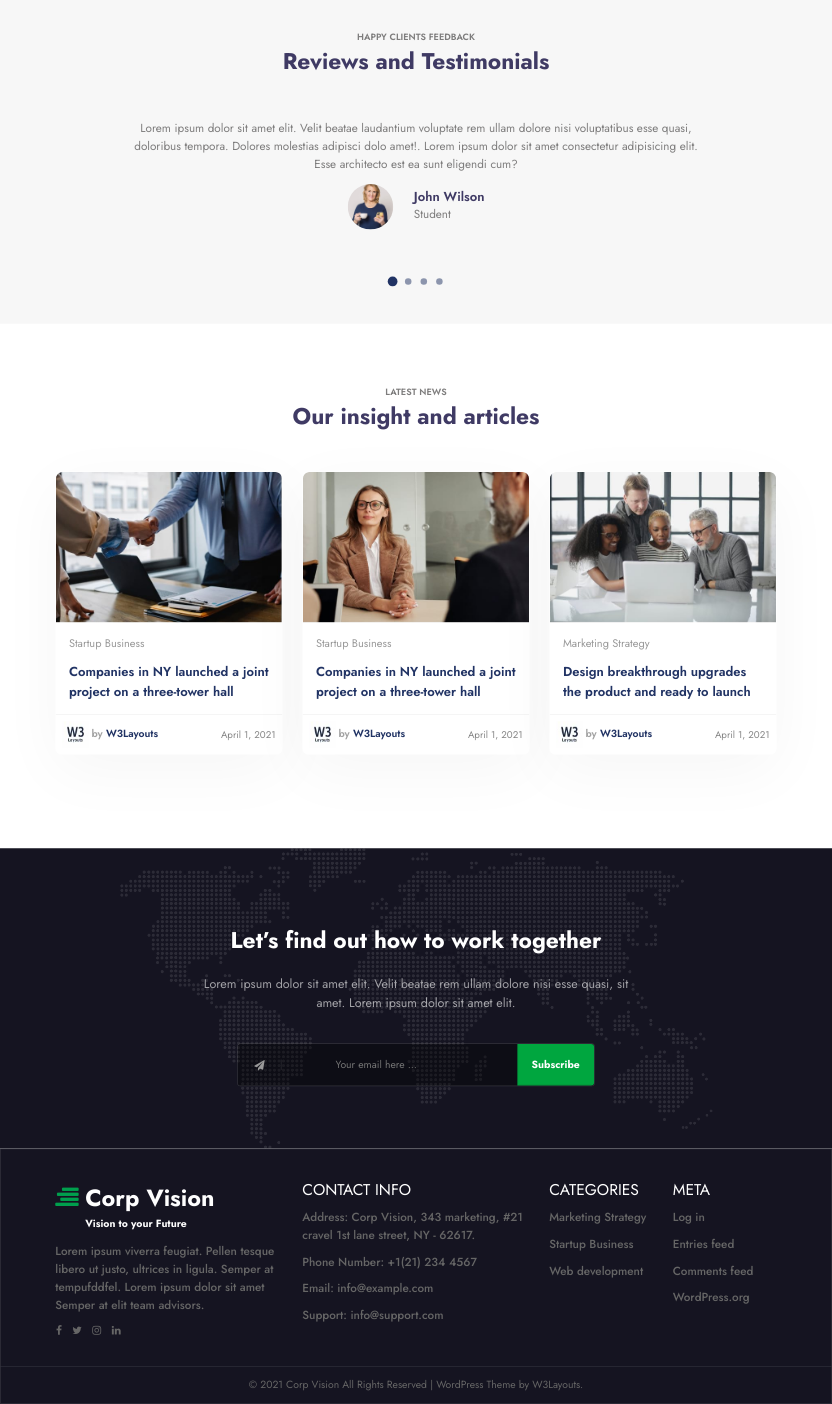
Repository: khaipnp/corpvision
Page: index.html
The author's editor kept a copy of each file at every save. The page is drawn from the files as they stood at one save, then again after the next save.
The browser window is 1280 px wide. The pictures show the whole page, at 65% of full size.
The pointer rests on the first visible `.input__email button`.

Above is the page before, as saved 2021-07-04 17:26:13.

### index.html
<!DOCTYPE html>
<html lang="en">
  <head>
    <meta charset="UTF-8" />
    <meta http-equiv="X-UA-Compatible" content="IE=edge" />
    <meta name="viewport" content="width=device-width, initial-scale=1.0" />
    <title>Corpvision</title>
    <meta name="description" content="Corpvision Website" />
    <!-- FONT-GOOGLE -->
    <link rel="preconnect" href="https://fonts.gstatic.com" />
    <link
      href="https://fonts.googleapis.com/css2?family=Jost:ital,wght@0,100;0,200;0,300;0,400;0,500;0,600;0,700;0,800;0,900;1,400&display=swap"
      rel="stylesheet"
    />
    <!-- FONT-AWSOME -->
    <link
      rel="stylesheet"
      href="https://cdnjs.cloudflare.com/ajax/libs/font-awesome/5.15.3/css/all.min.css"
      integrity="sha512-iBBXm8fW90+nuLcSKlbmrPcLa0OT92xO1BIsZ+ywDWZCvqsWgccV3gFoRBv0z+8dLJgyAHIhR35VZc2oM/gI1w=="
      crossorigin="anonymous"
      referrerpolicy="no-referrer"
    />
    <link rel="stylesheet" href="./css/font-awesome.min.css" />
    <!-- OWL CAROUSEL -->
    <link
      rel="stylesheet"
      href="https://cdnjs.cloudflare.com/ajax/libs/OwlCarousel2/2.3.4/assets/owl.carousel.min.css"
      integrity="sha512-tS3S5qG0BlhnQROyJXvNjeEM4UpMXHrQfTGmbQ1gKmelCxlSEBUaxhRBj/EFTzpbP4RVSrpEikbmdJobCvhE3g=="
      crossorigin="anonymous"
      referrerpolicy="no-referrer"
    />
    <link
      rel="stylesheet"
      href="https://cdnjs.cloudflare.com/ajax/libs/OwlCarousel2/2.3.4/assets/owl.theme.default.css"
      integrity="sha512-OTcub78R3msOCtY3Tc6FzeDJ8N9qvQn1Ph49ou13xgA9VsH9+LRxoFU6EqLhW4+PKRfU+/HReXmSZXHEkpYoOA=="
      crossorigin="anonymous"
      referrerpolicy="no-referrer"
    />
    <!-- BOOTSTRAP -->
    <link
      rel="stylesheet"
      href="https://cdn.jsdelivr.net/npm/bootstrap@4.6.0/dist/css/bootstrap.min.css"
      integrity="sha384-B0vP5xmATw1+K9KRQjQERJvTumQW0nPEzvF6L/Z6nronJ3oUOFUFpCjEUQouq2+l"
      crossorigin="anonymous"
    />
    <!-- MAIN CSS -->
    <link rel="stylesheet" href="./css/main.css" />
  </head>
  <body>
    <header></header>
    <section class="feedback">
      <div class="feedback__content py-5">
        <div class="container">
          <h5 class="small-title col-12 text-center">Happy clients Feedback</h5>
          <h3 class="big-title col-12 text-center">Reviews and Testimonials</h3>
          <div class="testimonials owl-carousel owl-theme">
            <div class="testimonials__item">
              <p class="text-center col-12">
                Lorem ipsum dolor sit amet elit. Velit beatae laudantium
                voluptate rem ullam dolore nisi voluptatibus esse quasi,
                doloribus tempora. Dolores molestias adipisci dolo amet!. Lorem
                ipsum dolor sit amet consectetur adipisicing elit. Esse
                architecto est ea sunt eligendi cum?
              </p>
              <div
                class="
                  testimonials__desc
                  row
                  align-items-center
                  justify-content-center
                "
              >
                <div class="avatar mr-3">
                  <img src="./img/team1.jpg" alt="team 1" />
                </div>
                <div class="name ml-3">
                  <h3>John Wilson</h3>
                  <p>Student</p>
                </div>
              </div>
            </div>
            <div class="testimonials__item">
              <p class="text-center col-12">
                Lorem ipsum dolor sit amet elit. Velit beatae laudantium
                voluptate rem ullam dolore nisi voluptatibus esse quasi,
                doloribus tempora. Dolores molestias adipisci dolo amet!. Lorem
                ipsum dolor sit amet consectetur adipisicing elit. Esse
                architecto est ea sunt eligendi cum?
              </p>
              <div
                class="
                  testimonials__desc
                  row
                  align-items-center
                  justify-content-center
                "
              >
                <div class="avatar mr-3">
                  <img src="./img/team2.jpg" alt="team 2" />
                </div>
                <div class="name ml-3">
                  <h3>Julia Sakura</h3>
                  <p>Student</p>
                </div>
              </div>
            </div>
            <div class="testimonials__item">
              <p class="text-center col-12">
                Lorem ipsum dolor sit amet elit. Velit beatae laudantium
                voluptate rem ullam dolore nisi voluptatibus esse quasi,
                doloribus tempora. Dolores molestias adipisci dolo amet!. Lorem
                ipsum dolor sit amet consectetur adipisicing elit. Esse
                architecto est ea sunt eligendi cum?
              </p>
              <div
                class="
                  testimonials__desc
                  row
                  align-items-center
                  justify-content-center
                "
              >
                <div class="avatar mr-3">
                  <img src="./img/team3.jpg" alt="team 3" />
                </div>
                <div class="name ml-3">
                  <h3>Roy Linderson</h3>
                  <p>Student</p>
                </div>
              </div>
            </div>
            <div class="testimonials__item">
              <p class="text-center col-12">
                Lorem ipsum dolor sit amet elit. Velit beatae laudantium
                voluptate rem ullam dolore nisi voluptatibus esse quasi,
                doloribus tempora. Dolores molestias adipisci dolo amet!. Lorem
                ipsum dolor sit amet consectetur adipisicing elit. Esse
                architecto est ea sunt eligendi cum?
              </p>
              <div
                class="
                  testimonials__desc
                  row
                  align-items-center
                  justify-content-center
                "
              >
                <div class="avatar mr-3">
                  <img src="./img/team4.jpg" alt="team 4" />
                </div>
                <div class="name ml-3">
                  <h3>Smith Johnson</h3>
                  <p>Student</p>
                </div>
              </div>
            </div>
          </div>
        </div>
      </div>
    </section>
    <section class="news py-5">
      <div class="news__content py-5">
        <div class="container">
          <h5 class="small-title col-12 text-center">LATEST NEWS</h5>
          <h3 class="big-title col-12 text-center">Our insight and articles</h3>
          <div class="row py-5">
            <div class="news__item col-md-6 col-lg-4 pt-2">
              <div class="news__card">
                <div class="card__thumbnail p-0 position-relative">
                  <img src="./img/blog1.jpg" alt="blog 1" />
                </div>
                <div class="card__content">
                  <p>Startup Business</p>
                  <a href="#"
                    >Companies in NY launched a joint project on a three-tower
                    hall</a
                  >
                </div>
                <div class="card__footer">
                  <span
                    ><img src="./img/icon.jpeg" alt="" /> by
                    <a href="#">W3Layouts</a></span
                  >
                  <p>April 1, 2021</p>
                </div>
              </div>
            </div>
            <div class="news__item col-md-6 col-lg-4 pt-2">
              <div class="news__card">
                <div class="card__thumbnail p-0 position-relative">
                  <img src="./img/blog2.jpg" alt="blog 1" />
                </div>
                <div class="card__content">
                  <p>Startup Business</p>
                  <a href="#"
                    >Companies in NY launched a joint project on a three-tower
                    hall</a
                  >
                </div>
                <div class="card__footer">
                  <span
                    ><img src="./img/icon.jpeg" alt="" /> by
                    <a href="#">W3Layouts</a></span
                  >
                  <p>April 1, 2021</p>
                </div>
              </div>
            </div>
            <div class="news__item col-md-6 col-lg-4 pt-2">
              <div class="news__card">
                <div class="card__thumbnail p-0 position-relative">
                  <img src="./img/blog3.jpg" alt="blog 1" />
                </div>
                <div class="card__content">
                  <p>Marketing Strategy</p>
                  <a href="#"
                    >Design breakthrough upgrades the product and ready to
                    launch</a
                  >
                </div>
                <div class="card__footer">
                  <span
                    ><img src="./img/icon.jpeg" alt="" /> by
                    <a href="#">W3Layouts</a></span
                  >
                  <p>April 1, 2021</p>
                </div>
              </div>
            </div>
          </div>
        </div>
      </div>
    </section>
    <div class="subscribe py-5">
      <div class="container">
        <div
          class="
            sub__box
            my-5
            mx-auto
            align-items-center
            justify-content-center
          "
        >
          <h3 class="big-title py-4 col-12 text-center">
            Let’s find out how to work together
          </h3>
          <p class="col-12 text-center">
            Lorem ipsum dolor sit amet elit. Velit beatae rem ullam dolore nisi
            esse quasi, sit amet. Lorem ipsum dolor sit amet elit.
          </p>
          <div class="input__email mt-5">
            <div class="subscribe__box row justify-content-between">
              <i class="fa fa-paper-plane"></i>
              <input type="email" placeholder="Your email here ..." />
              <button>Subscribe</button>
            </div>
          </div>
        </div>
      </div>
    </div>
    <footer>
      <div class="footer__info container py-5">
        <div class="row">
          <div class="footer__content col-md-6 col-lg-4">
            <div class="logo__footer__content pb-3">
              <div class="logo__footer">
                <i class="fa fa-align-right"></i>Corp Vision
              </div>
              <div class="slogan">Vision to your Future</div>
            </div>
            <p>
              Lorem ipsum viverra feugiat. Pellen tesque libero ut justo,
              ultrices in ligula. Semper at tempufddfel. Lorem ipsum dolor sit
              amet Semper at elit team advisors.
            </p>
            <div class="social__network row justify-content-start">
              <i class="fa fa-facebook pl-3"></i>
              <i class="fa fa-twitter pl-3"></i>
              <i class="fa fa-instagram pl-3"></i>
              <i class="fa fa-linkedin pl-3"></i>
            </div>
          </div>
          <div class="footer__content col-md-6 col-lg-4 mt-md-0 mt-5">
            <h4>CONTACT INFO</h4>
            <ul class="list-group list-group-flush">
              <li class="list-group-item">
                Address: Corp Vision, 343 marketing, #21 cravel 1st lane street,
                NY - 62617.
              </li>
              <li class="list-group-item">
                Phone Number: <a href="tel:+1212344567">+1(21) 234 4567</a>
              </li>
              <li class="list-group-item">
                Email: <a href="mailto:">info@example.com</a>
              </li>
              <li class="list-group-item">
                Support: <a href="mailto:">info@support.com</a>
              </li>
            </ul>
          </div>
          <div class="footer__content col-md-6 col-lg-2 mt-lg-0 mt-5">
            <h4>CATEGORIES</h4>
            <ul class="list-group list-group-flush">
              <li class="list-group-item">
                <a href="/">Marketing Strategy</a>
              </li>
              <li class="list-group-item"><a href="/">Startup Business</a></li>
              <li class="list-group-item"><a href="/">Web development</a></li>
            </ul>
          </div>
          <div class="footer__content col-md-6 col-lg-2 mt-lg-0 mt-5">
            <h4>META</h4>
            <ul class="list-group list-group-flush">
              <li class="list-group-item"><a href="/">Log in</a></li>
              <li class="list-group-item"><a href="/">Entries feed</a></li>
              <li class="list-group-item"><a href="/">Comments feed</a></li>
              <li class="list-group-item"><a href="/">WordPress.org</a></li>
            </ul>
          </div>
        </div>
      </div>
      <div class="copyright text-center pt-3">
        <div class="container">
          <p>
            © 2021 Corp Vision All Rights Reserved | WordPress Theme by
            W3Layouts.
          </p>
        </div>
      </div>
    </footer>
    <!-- SCRIPT -->
    <!-- BOOTSTRAP -->
    <script
      src="https://cdnjs.cloudflare.com/ajax/libs/jquery/3.6.0/jquery.js"
      integrity="sha512-n/4gHW3atM3QqRcbCn6ewmpxcLAHGaDjpEBu4xZd47N0W2oQ+6q7oc3PXstrJYXcbNU1OHdQ1T7pAP+gi5Yu8g=="
      crossorigin="anonymous"
      referrerpolicy="no-referrer"
    ></script>
    <script
      src="https://cdn.jsdelivr.net/npm/bootstrap@4.6.0/dist/js/bootstrap.bundle.min.js"
      integrity="sha384-Piv4xVNRyMGpqkS2by6br4gNJ7DXjqk09RmUpJ8jgGtD7zP9yug3goQfGII0yAns"
      crossorigin="anonymous"
    ></script>
    <!-- OWL CAROUSEL -->
    <script src="./js/owl.carousel.min.js"></script>
    <script>
      $(document).ready(function () {
        $(".owl-carousel").owlCarousel({
          navigation: false,
          slideSpeed: 300,
          paginationSpeed: 400,
          singleItem: true,
          items: 1,
          // itemsDesktop : false,
          // itemsDesktopSmall : false,
          // itemsTablet: false,
          // itemsMobile : false
        });
      });
    </script>
  </body>
</html>

### css/main.css
* {
  padding: 0;
  margin: 0;
  box-sizing: border-box;
}

html,
body {
  font-family: "Jost", sans-serif;
  background: #fff;
}

.small-title {
  color: #7e7d7d;
  font-size: 14px;
  font-weight: 600;
  text-transform: uppercase;
}

.big-title {
  color: #3f3a64;
  font-size: 35px;
  font-weight: 700;
}

/* FEEDBACK */
.feedback {
  background-color: #f7f7f7;
}

.testimonials__item {
  margin: 60px auto;
  display: block;
  max-width: 900px;
  height: auto;
}

.testimonials__item p {
  color: #7e7d7d;
  font-size: 18px;
  line-height: 28px;
}

.testimonials__desc .avatar {
  width: 70px;
  height: 70px;
  overflow: hidden;
  border-radius: 50%;
}

.testimonials__desc .avatar img {
  width: 100%;
  height: 100%;
  object-fit: cover;
}

.name h3 {
  font-size: 20px;
  margin: 0;
  font-weight: 600;
  color: #3f3a64;
}
.name p {
  font-style: normal;
  margin-bottom: 0;
}

.owl-theme .owl-dots .owl-dot.active span,
.owl-theme .owl-dots .owl-dot span {
  background: rgba(33, 51, 100, 0.5);
  transform: scale(1);
  transition: all 0.5s;
}

.owl-theme .owl-dots .owl-dot.active span,
.owl-theme .owl-dots .owl-dot:hover span {
  background: #213364 !important;
  transform: scale(1.5);
}

/* NEWS */
.news__card {
  background-color: #fff;
  box-shadow: 0 25px 98px 0 rgb(0 0 0 / 4%);
  border: 1px solid transparent;
  border-radius: 10px;
}

.card__thumbnail {
  overflow: hidden;
  border-radius: 10px 10px 0 0;
}

.card__thumbnail img {
  width: 100%;
  border-radius: 10px 10px 0 0;
  object-fit: cover;
  cursor: pointer;
  transition: all 0.5s;
}

.card__thumbnail img:hover {
  transform: scale(1.15);
}

.card__content {
  padding: 20px;
}

.card__content p {
  color: #999;
  font-size: 17px;
  font-weight: 400;
}

.card__content a {
  text-decoration: none;
  color: #213364;
  font-size: 20px;
  font-weight: 600;
  transition: all 0.5s;
  cursor: pointer;
}

.card__content a:hover {
  color: #00a63f;
}

.card__footer {
  display: flex;
  justify-content: space-between;
  align-items: center;
  border-top: 1px solid rgba(126, 125, 125, 0.1);
  padding: 10px;
}

.card__footer a {
  color: #213364;
  font-size: 1rem;
  font-weight: 600;
  cursor: pointer;
  transition: all 0.5s;
  text-decoration: none;
}

.card__footer a:hover {
  color: #00a63f;
}

.card__footer img {
  cursor: pointer;
}

.card__footer span {
  color: rgb(102, 102, 102, 0.6);
  font-weight: 600;
}

.card__footer p {
  margin-bottom: 0;
  font-size: 15px;
  color: rgb(102, 102, 102, 0.8);
}

/* SUBCRIBE */
.subscribe {
  background-image: url(../img/map.png);
  background-color: #151421;
  background-size: contain;
  background-repeat: no-repeat;
  background-position: center;
}

.sub__box {
  max-width: 700px;
}

.sub__box .big-title {
  color: #fff;
}

.sub__box p {
  font-size: 1.2rem;
  color: rgba(255, 255, 255, 0.6);
  line-height: 1.5;
  font-weight: 400;
}

.input__email {
  margin: auto;
}

.subscribe__box {
  align-items: center;
  border: 1px solid rgb(255, 255, 255, 0.15);
  border-radius: 5px;
  background: rgb(0, 0, 0, 0.35);
  max-width: 550px;
  margin: auto;
}

.input__email input {
  color: #999;
  padding: 20px 20px;
  border: none;
  font-size: 1rem;
  outline: none;
  background: none;
}

.input__email button {
  background-color: #00a63f;
  color: #fff;
  padding: 0 20px;
  border: 2px solid #00a63f;
  border-radius: 0 5px 5px 0;
  font-size: 1rem;
  font-weight: 700;
  line-height: 60px;
}

.input__email i {
  text-align: center;
  color: #999;
  border-right: 1px solid rgb(255, 255, 255, 0.15);
  padding: 0 25px;
}

/* FOOTER */

footer {
  background-color: #151421;
  border: 1px solid rgb(255, 255, 255, 0.15);
}

.footer__content p {
  color: #666;
  font-size: 18px;
  line-height: 28px;
  font-weight: 500;
}

.logo__footer {
  display: inline-block;
  font-size: 36px;
  font-weight: bold;
  color: #fefefe;
}

.logo__footer i {
  color: #009f4d !important;
  font-size: 36px !important;
  margin-right: 10px;
}

.slogan {
  padding-left: 46px;
  font-weight: bold;
  color: #fefefe;
}

.footer__content a {
  text-decoration: none;
  color: #666;
  transition: all 0.5s ease;
  font-weight: 500;
}

.footer__content a:hover {
  text-decoration: none;
  color: #fefefe;
}

.footer__content i {
  color: #666;
}

.footer__content h4 {
  color: #fefefe;
  font-weight: normal;
}

.footer__content .list-group-item {
  background-color: transparent !important;
  color: #666;
  border: none !important;
  font-size: 18px;
  padding: 7px 0 !important;
  font-weight: 500;
}
.copyright {
  border-top: 1px solid rgba(249, 249, 249, 0.1);
}

.copyright p {
  color: #666;
}

Loaded but not shown: css/font-awesome.min.css (library); js/owl.carousel.min.js (library)

After the next save:
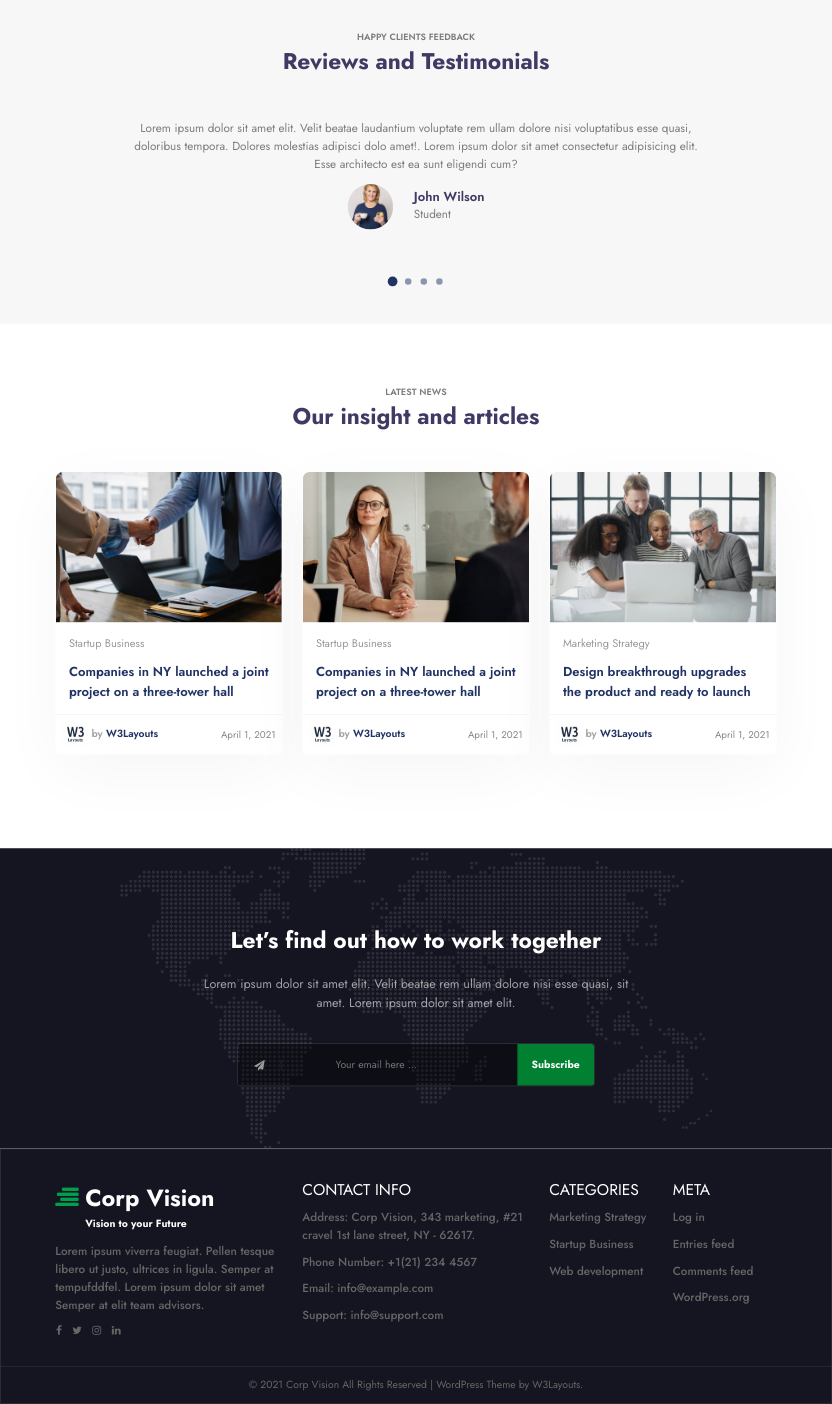
Saved 59 s later.
--- a/css/main.css
+++ b/css/main.css
@@ -219,6 +219,11 @@ body {
   line-height: 60px;
 }
 
+.input__email button:hover {
+  background-color: #008030;
+  border: 2px solid #008030;
+}
+
 .input__email i {
   text-align: center;
   color: #999;
